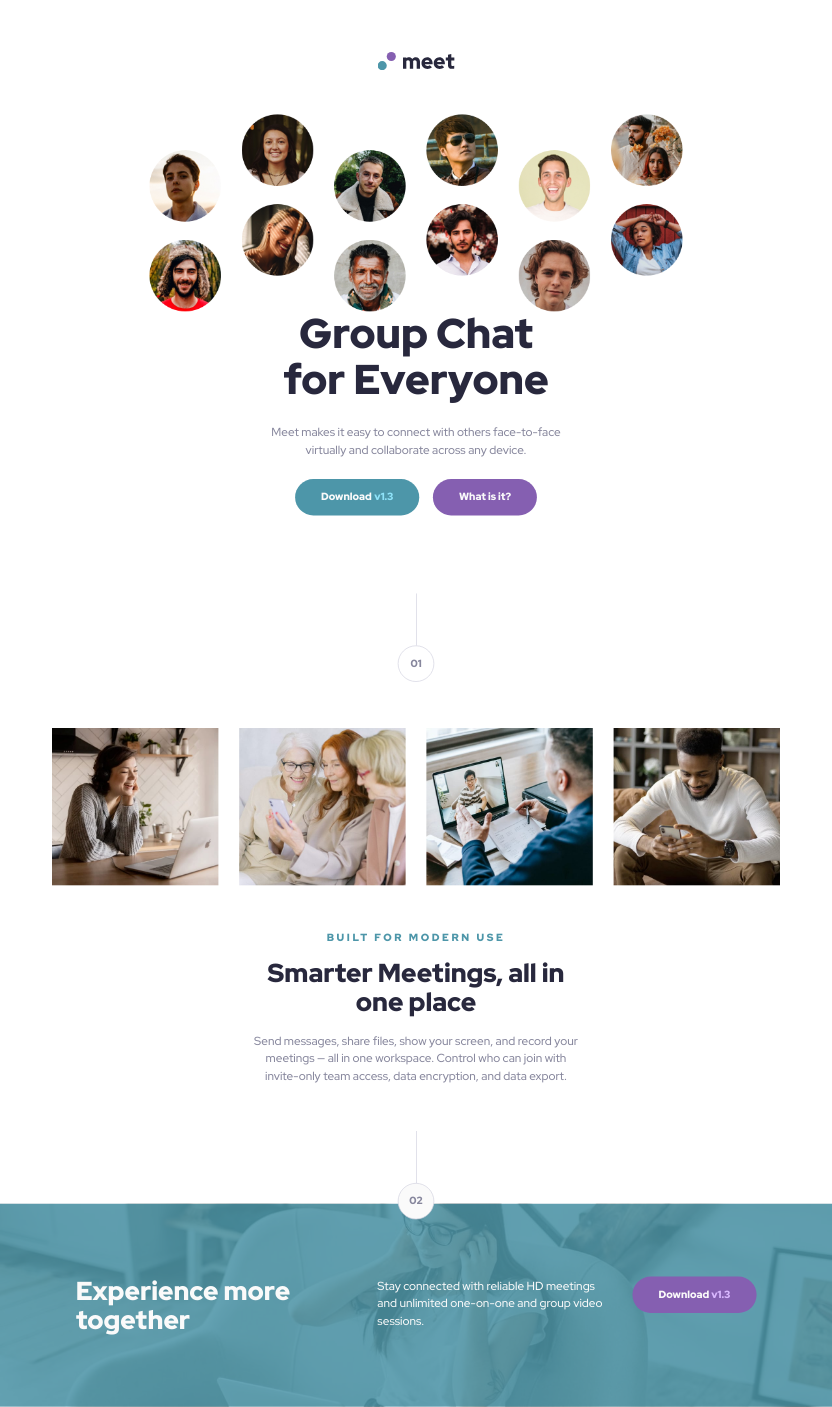
Repository: brandontaylor1/meet-landing-page
Page: index.html
These files come from the project's save history. The page is drawn as it stood at one moment and after the next save; the edit follows.
The browser window is 1280 px wide. The pictures show the whole page, at 65% of full size.

Above is the page before, as saved 2025-01-11 23:53:42.

### index.html
<!DOCTYPE html>
<html lang="en">
<head>
    <meta charset="UTF-8">
    <meta name="viewport" content="width=device-width, initial-scale=1.0">
    <link rel="preconnect" href="https://fonts.googleapis.com">
    <link rel="preconnect" href="https://fonts.gstatic.com" crossorigin>
    <link href="https://fonts.googleapis.com/css2?family=Red+Hat+Display:ital,wght@0,300..900;1,300..900&display=swap" rel="stylesheet">
    <link rel="stylesheet" href="styles.css">
    <title>Meet Landing Page</title>
</head>
<body>
    <nav class="navbar">
        <div class="logo-container">
            <img src="./assets/images/logo.svg" alt="meet logo">
        </div>
    </nav>
    <section class="hero-section">
        <img src="" class="responsive-image" alt="responsive-image">
        <img src="./assets/images/image-hero-left.png" class="hero-images"  id="left-faces" alt="Left Faces">
        <div class="hero-content">
            <h1>Group Chat for Everyone</h1>
            <p>Meet makes it easy to connect with others face-to-face virtually and collaborate across any device.</p>
            <div class="btn-container">
                <button class="hero-btn" id="downloadBtn">Download<span>v1.3</span></button>
                <button class="hero-btn" id="whatisitBtn">What is it?</button>
            </div>
        </div>
        <img src="./assets/images/image-hero-right.png" class="hero-images" id="right-faces" alt="Right Faces">
    </section>

    <section class="main-content">
        <div class="content">
            <div class="design-container">
                <div class="gray-line"></div>
                <div class="gray-circle">01</div>
            </div>
            <div class="image-container">
                <img src="./assets/images/image-woman-in-videocall.jpg" alt="woman on video call">
                <img src="./assets/images/image-women-videochatting.jpg" alt="women vidoechatting">
                <img src="./assets/images/image-men-in-meeting.jpg" alt="men in a meeting">
                <img src="./assets/images/image-man-texting.jpg" alt="man texting">
            </div>
            <div class="text-container">
                <h3>Built for Modern Use</h3>
                <h2>Smarter Meetings, all in one place</h2>
                <p>Send messages, share files, show your screen, and record your meetings — all in one workspace. Control who can join with invite-only team access, data encryption, and data export.</p>
            </div>
        </div>
    </section>
    <div class="design-container">
        <div class="gray-line"></div>
        <div class="gray-circle white">02</div>
    </div>
    <section class="footer">
        <div class="footer-grid">
            <h2>Experience more together</h2>
            <p>Stay connected with reliable HD meetings and unlimited one-on-one and group video sessions.</p>
            <button class="hero-btn" id="whatisitBtn">Download <span class="footer-span">v1.3</span></button>
        </div>
    </section>

</body>
</html>

### styles.css
* {
    margin: 0;
    padding: 0;
    box-sizing: border-box
}

:root {
    --color-white: #FAFAFA;
    --color-slate: #87879D;
    --color-lightslate: #D1D1DF;
    --color-darkslate: #28283D;
    --color-cyan: #4D96A9;
    --color-purple: #855FB1;
    --color-lightcyan: #8FE3F9;
    --color-lightpurple: #D9B8FF;

    font-size: 16px;

}

.white {
    background-color: var(--color-white);
}

.navbar {
    display: flex;
    padding: 5rem 5rem 0 5rem;
    flex-direction: column;
    justify-content: flex-end;
    align-items: center;
    gap: var(--spacing-100, .5rem);
    align-self: stretch;

}

.hero-section {
    display: flex;
    justify-content: space-between;
    align-items: center;
    padding: 4rem 5rem;
    height: auto;
    width: 100%;
}

.left-faces {
    padding-right: 95px;
    padding-bottom: 57px;
}

.right-faces {
    padding-left: 95px;
    padding-top: 57px;
}

.responsive-image {
    display: none;
}

.hero-content {
    display: flex;
    flex-direction: column;
    align-items: center;
    justify-content: space-between;
    width: 448px;
    height: 314px;

}

.hero-content h1 {
    font-family: "Red Hat Display", sans-serif;
    font-size: 4rem;
    font-weight: 900;
    line-height: 110%;
    color: var(--color-darkslate);
    text-align: center;
}

.hero-content p {
    font-family: "Red Hat Display", sans-serif;
    font-size: 18px;
    font-weight: 500;
    line-height: 150%;
    color: var(--color-slate);
    text-align: center;

}

.hero-btn {
    padding: 16px 40px;
    border-radius: 29px;
    border: none;

}

#downloadBtn {
    background-color: var(--color-cyan);
    color: var(--color-white);
    font-size: 16px;
    font-family: "Red Hat Display", sans-serif;
    font-weight: 900;
    line-height: 150%;
    margin-right: 8.5px;
}

#downloadBtn span {
    margin-left: 4px;
    color: var(--color-lightcyan);

}

#whatisitBtn {
    background-color: var(--color-purple);
    color: var(--color-white);
    font-size: 16px;
    font-family: "Red Hat Display", sans-serif;
    font-weight: 900;
    line-height: 150%;
    margin-left: 8.5px;
}

.main-content {
    display: flex;
    flex-direction: column;
    align-items: center;
    justify-content: center;
    height: 883px;
    padding: 56px 80px 72px 80px;
}

.content {
    display: flex;
    flex-direction: column;
    align-items: center;
    justify-content: space-between;
    height: 755px;
}

.design-container {
    display: flex;
    justify-content: center;
    align-items: center;
    flex-direction: column;

}

.gray-line {
    width: 1px;
    height: 80px;
    background-color:  var(--color-lightslate);
    z-index: 5;
}

.gray-circle {
    width: 56px;
    height: 56px;
    display: flex;
    align-items: center;
    justify-content: center;
    border-radius: 50%;
    border: 1px solid var(--color-lightslate);
    color: var(--color-slate);
    font-size: 16px;
    font-family: "Red Hat Display", sans-serif;
    font-weight: 900;
    line-height: 150%;
    z-index: 5;
}

.image-container {
    display: grid;
    grid-template-columns: repeat(4, 1fr);
    gap: 32px;
}

.image-container img {
    width: 256px;
    height: auto;
}

.text-container {
    width: 500px;
    height: 235px;
    display: flex;
    flex-direction: column;
    align-items: center;
    justify-content: space-between;
}

.text-container h3 {
    font-family: "Red Hat Display", sans-serif;
    font-size: 16px;
    font-weight: 900;
    line-height: 110%;
    text-transform: uppercase;
    letter-spacing: 4px;
    color: var(--color-cyan);
}

.text-container h2 {
    font-family: "Red Hat Display", sans-serif;
    font-size: 40px;
    font-style: normal;
    font-weight: 900;
    line-height: 110%;
    text-align: center;
    color: var(--color-darkslate);
}

.text-container p {
    font-family: "Red Hat Display", sans-serif;
    font-size: 18px;
    font-style: normal;
    font-weight: 500;
    line-height: 150%;
    text-align: center;
    color: var(--color-slate)
}


.footer {
    padding: 7rem 5rem;
    display: flex;
    align-items: center;
    justify-content: center;
    background-image: url("./assets/images/image-footer.jpg");
    background-size: cover;
    background-position: center;
    background-repeat: no-repeat;
    margin-top: -1.5rem;
    position: relative;
    z-index: 0;
}

.footer-grid {
    display: flex;
    align-items: flex-start;
    justify-content: center;
    grid-template-columns: repeat(3, 1fr);
    width: 70rem;
    gap: 32px;
    z-index: 2;

}

.footer-grid h2 {
    font-family: "Red Hat Display", sans-serif;
    font-size: 2.5rem;
    font-weight: 900;
    line-height: 110%;
    color: var(--color-white);
    width: 27rem;
}

.footer-grid p {
    font-family: "Red Hat Display", sans-serif;
    font-size: 1.125rem;
    font-weight: 500;
    line-height: 150%;
    color: var(--color-white);
    width: 22rem;
}

.footer::before {
    content: "";
    position: absolute;
    top: 0;
    left: 0;
    width: 100%;
    height: 100%;
    background-color: hsla(192, 37%, 48%, 0.85); /* Adjust the color and opacity as needed */
    z-index: 1;
}

.footer-span {
    color: var(--color-lightpurple)
}


@media screen and (max-width: 1350px) {
    .hero-section {
        padding: 4rem 2rem;
        flex-direction: column;
    }

    .hero-images {
        display: none;
    }

    .responsive-image {
        display: inline-block;
        content: url("./assets/images/tablet/image-hero.png");

    }


}

After the next save:
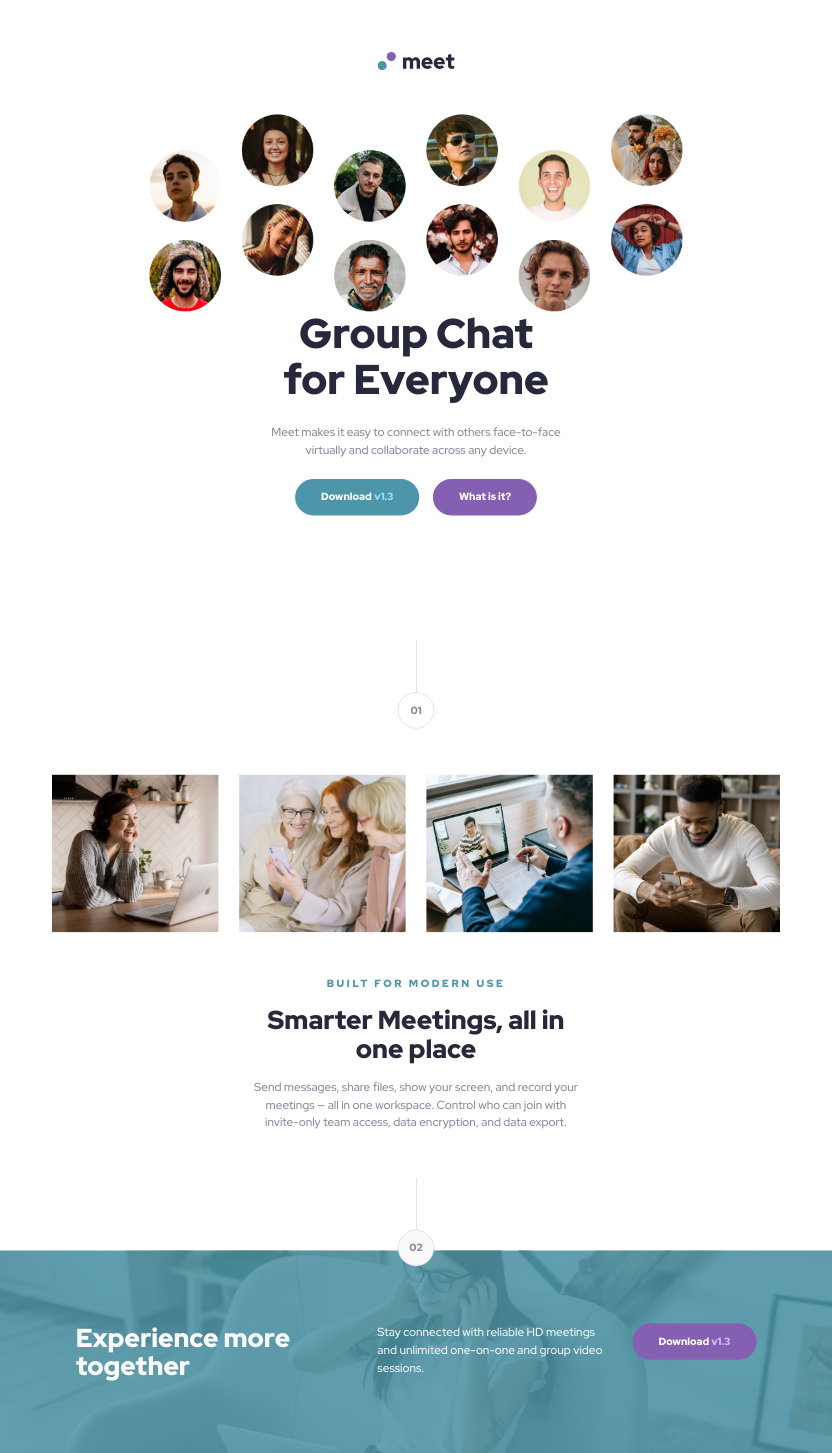
Saved 102 s later.
--- a/styles.css
+++ b/styles.css
@@ -280,6 +280,7 @@
     .hero-section {
         padding: 4rem 2rem;
         flex-direction: column;
+        margin-bottom: 72px;
     }
 
     .hero-images {

After the save that followed:
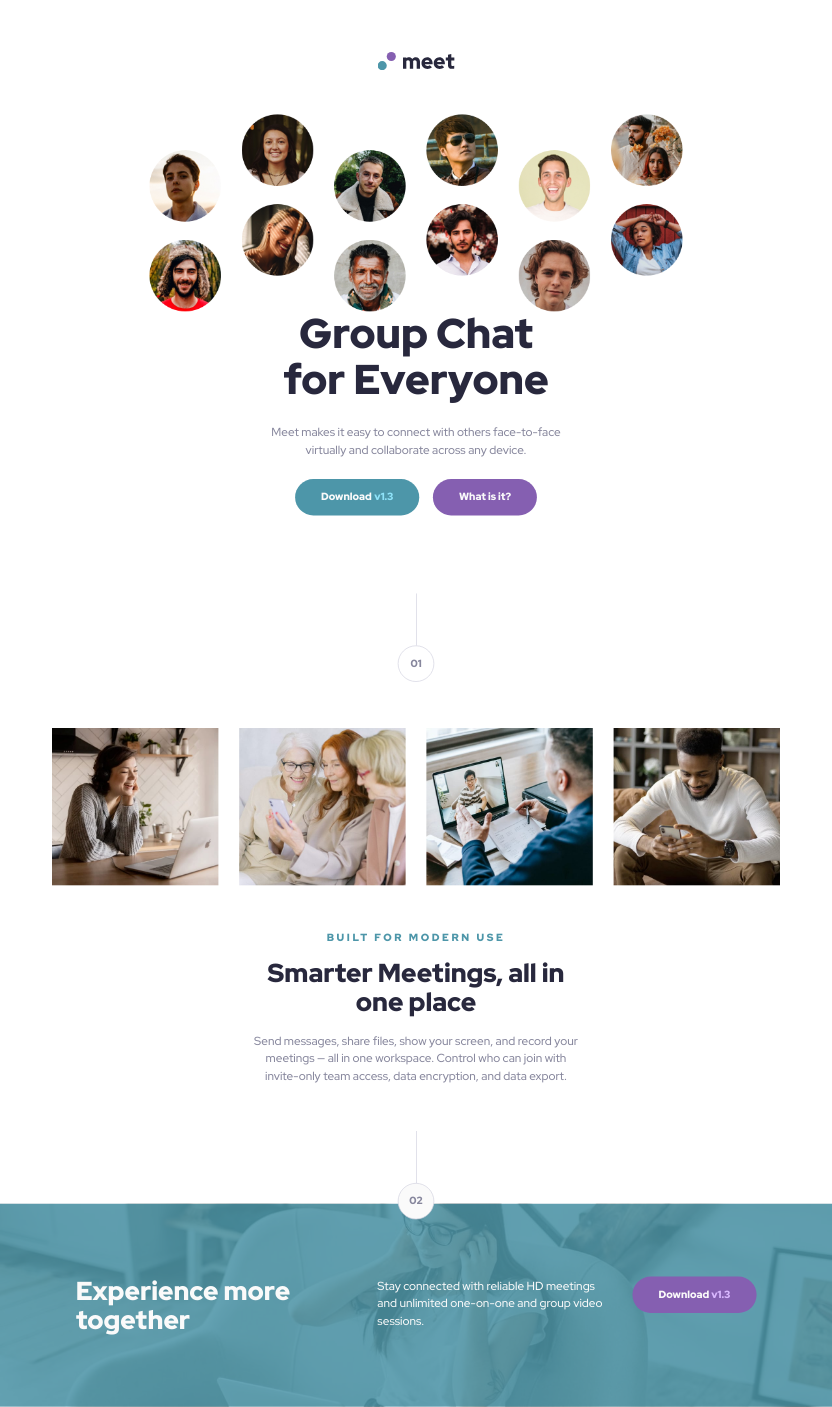
Saved 62 s later.
--- a/styles.css
+++ b/styles.css
@@ -280,7 +280,7 @@
     .hero-section {
         padding: 4rem 2rem;
         flex-direction: column;
-        margin-bottom: 72px;
+        justify-content: space-between;
     }
 
     .hero-images {
